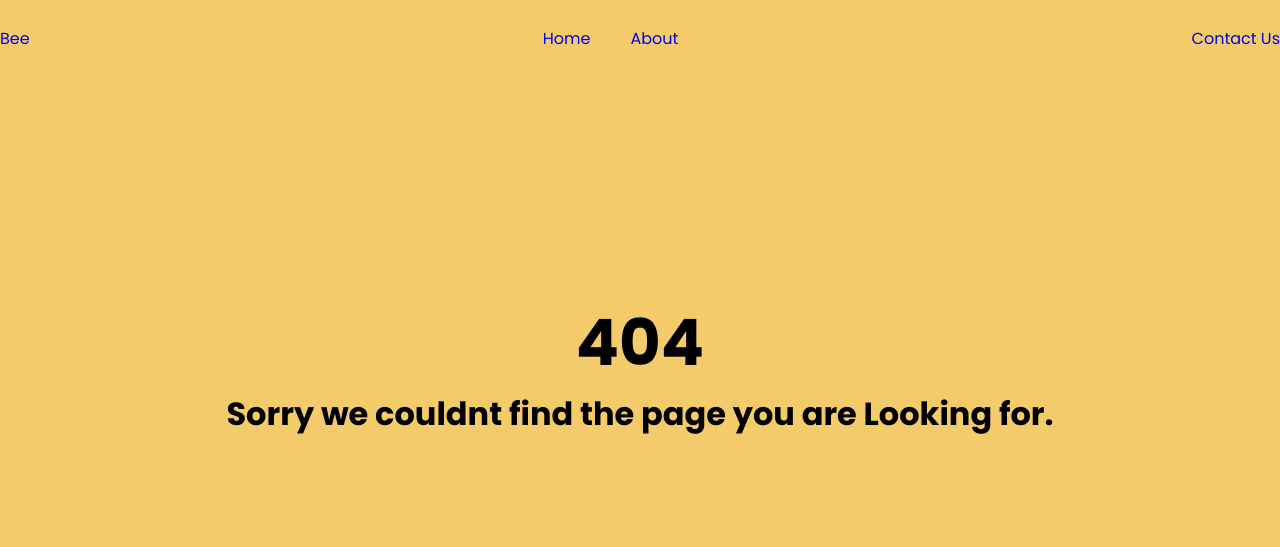
Repository: ble-syn/Random-user-generator-app
Page: /not-found
The author's editor kept a copy of each file at every save. The page is drawn from the files as they stood at one save, then again after the next save.
The browser window is 1280 px wide. The pictures show the whole page.
The project was rebuilt for these pictures with package versions that can differ from the ones it lists, and the page was loaded fresh each time. Also part of the build but not shown: src/components/pagination.jsx, src/components/ErrorFallback.jsx, src/components/User.jsx, src/pages/Home.jsx, src/pages/About.jsx, src/pages/Policy.jsx, src/pages/Terms.jsx, src/pages/Contact.jsx.

Above is the page before, as saved 2022-10-28 17:20:17.

After the next save:
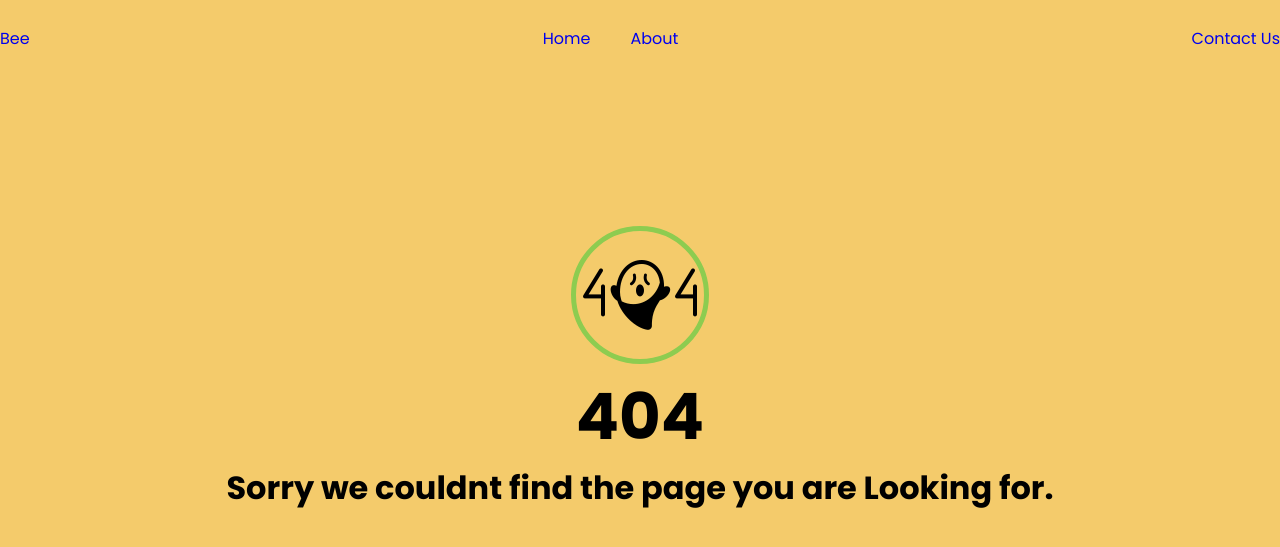
Saved 5 min 58 s later.
--- a/src/pages/NotFound.jsx
+++ b/src/pages/NotFound.jsx
@@ -1,7 +1,9 @@
 import React from "react";
+import error404 from "../assets/404-error.png"
 
 function NotFound() {
   return <div className="notfound">
+    <img src={error404} alt="404 error" />
     <h1>404</h1>
     <p>Sorry we couldnt find the page you are Looking for.</p>
   </div>;
